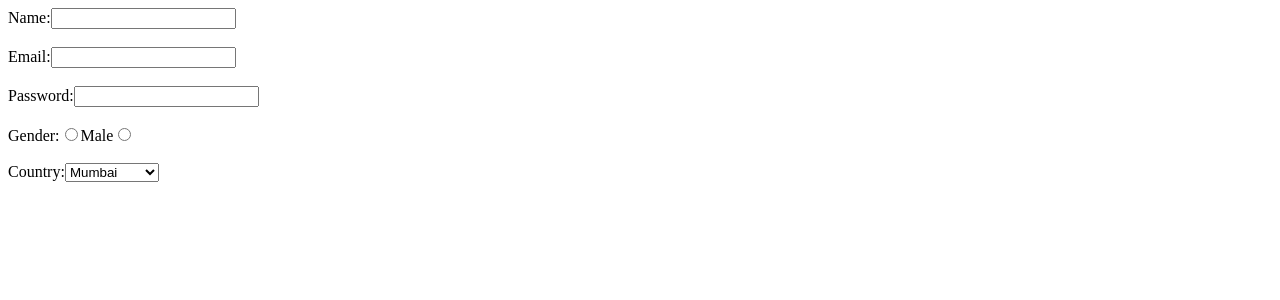
Repository: MohansaiAnuval/Projects-Servlet
Page: http://localhost/Servlet_JDBC/
These files come from the project's save history. The page is drawn as it stood at one moment and after the next save; the edit follows.
The browser window is 1280 px wide. The pictures show the whole page.
The page is served by Tomcat 9.

Above is the page before, as saved 2024-05-29 10:10:53.

### Servlet_JDBC/src/main/webapp/index.jsp
<%@ page language="java" contentType="text/html; charset=ISO-8859-1"
    pageEncoding="ISO-8859-1"%>
<!DOCTYPE html>
<html>
<head>
<meta charset="ISO-8859-1">
<title>Insert title here</title>
</head>
<body>
<form>
Name:<input type="text" name="name1" ><br><br>
Email:<input type="text" name="Email" ><br><br>
Password:<input type="password" name="password" ><br><br>
Gender:<input type="radio" name="gender" value="male">Male<input type="radio" name="gender" value="female"><br><br>
Country:<select>
  <option value="Mumbai">Mumbai</option>
  <option value="Delhi">Delhi</option>
  <option value="Bangalore">Bangalore</option>
  <option value="Hyderabad">Hyderabad</option>
  <option value="Chennai">Chennai</option>
  <option value="Kolkata">Kolkata</option>
  <option value="Ahmedabad">Ahmedabad</option>
  <option value="Pune">Pune</option>
  <option value="Jaipur">Jaipur</option>
  <option value="Surat">Surat</option>
</select><br><br>



</form>

</body>
</html>

After the next save:
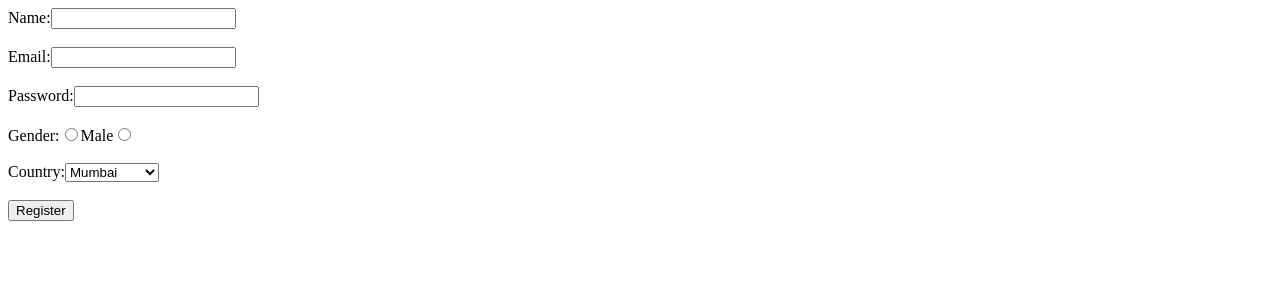
Saved 33 s later.
--- a/Servlet_JDBC/src/main/webapp/index.jsp
+++ b/Servlet_JDBC/src/main/webapp/index.jsp
@@ -24,6 +24,7 @@ Country:<select>
   <option value="Jaipur">Jaipur</option>
   <option value="Surat">Surat</option>
 </select><br><br>
+<input type="submit" value="Register">
 
 
 
